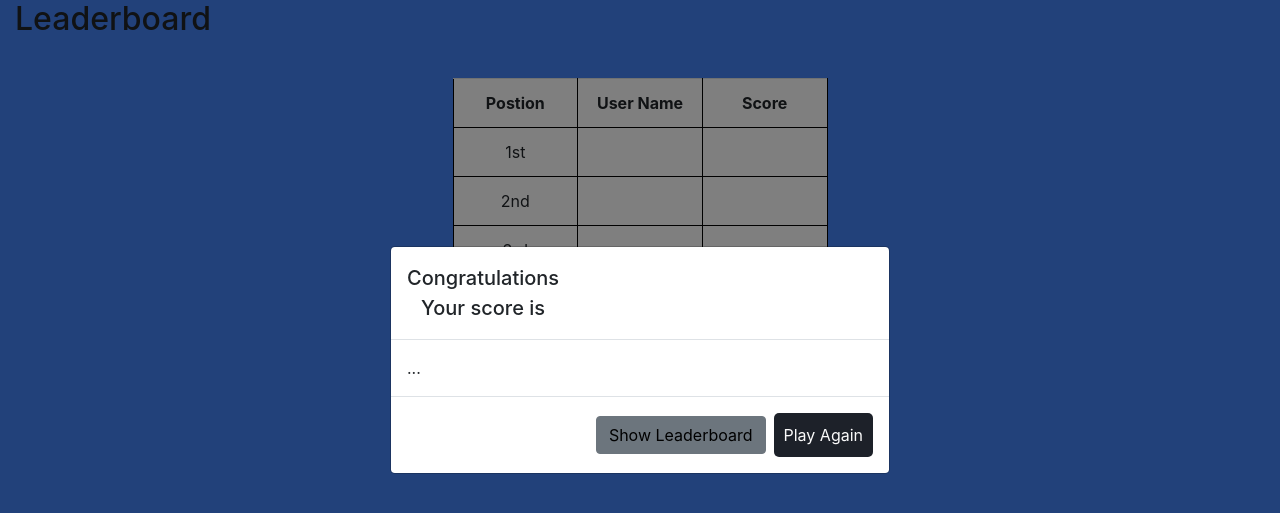
Repository: Code-Institute-Submissions/quiz-1
Page: leaderboard.html
The author's editor kept a record of every edit. The page is drawn from the files as they stood at one moment, then again after the next edit.
The browser window is 1280 px wide. The pictures show the window.
A layer covers the whole window, so only the first screen is drawn.

Above is the page before.

### leaderboard.html
<!DOCTYPE html>
<html lang="en">

<head>
    <meta charset="UTF-8">
    <meta name="viewport" content="width=device-width, initial-scale=1.0">
    <meta http-equiv="X-UA-Compatible" content="ie=edge">
    <link rel="stylesheet" href="https://stackpath.bootstrapcdn.com/bootstrap/4.4.1/css/bootstrap.min.css" type="text/css" />
    <link rel="stylesheet" href="https://stackpath.bootstrapcdn.com/font-awesome/4.7.0/css/font-awesome.min.css" type="text/css" />
    <link href="https://fonts.googleapis.com/css2?family=Montserrat&display=swap" rel="stylesheet">
    <link rel="stylesheet" href="assets/css/style.css" type="text/css" />
    <script src="https://cdnjs.cloudflare.com/ajax/libs/jquery/3.5.0/jquery.min.js" integrity="sha256-xNzN2a4ltkB44Mc/Jz3pT4iU1cmeR0FkXs4pru/JxaQ=" crossorigin="anonymous"></script>
    <script type="text/javascript" src="assets/js/modal-score.js"></script>
    <title>Quiz</title>
</head>

<body>
    <div class="container-fluid home">
        <div class="modal fade" id="exampleModalCenter" tabindex="-1" role="dialog" aria-labelledby="exampleModalCenterTitle" aria-hidden="true">
            <div class="modal-dialog modal-dialog-centered" role="document">
                <div class="modal-content">
                    <div class="modal-header">
                        <h5 class="modal-title" id="exampleModalLongTitle">Congratulations<br>Your score is</h5>
                    </div>
                    <div class="modal-body">
                        ...
                    </div>
                    <div class="modal-footer">
                        <button type="button" class="btn btn-secondary" data-dismiss="modal">Show Leaderboard</button>
                        <a href="load.html" class="load-button">Play Again</a>
                    </div>
                </div>
            </div>
        </div>
        <div class="table">
            <caption><h2 class="leaderboard-title">Leaderboard</h2></caption>
            <table>
                <tr>
                    <th>Postion</th>
                    <th>User Name</th>
                    <th>Score</th>
                </tr>
                <tr>
                    <td>1st</td>
                    <td></td>
                    <td></td>
                </tr>
                <tr>
                    <td>2nd</td>
                    <td></td>
                    <td></td>
                </tr>
                <tr>
                    <td>3rd</td>
                    <td></td>
                    <td></td>
                </tr>
                <tr>
                    <td>4th</td>
                    <td></td>
                    <td></td>
                </tr>
                <tr>
                    <td>5th</td>
                    <td></td>
                    <td></td>
                </tr>
            </table>
        </div>
        <div class="score-message">

        </div>
    </div>
    <footer class="container-fluid">
        <div id="footer-details" class="row">
            <div class="col-sm">
                <h4 class="uppercase footer-info">Social Links</h4>
                <ul class="list-inline social-links">
                    <li class="list-inline-item">
                        <a target="_blank" href="#">
                            <i class="fa fa-facebook fa-3x" aria-hidden="true"></i>
                            <span class="sr-only">Facebook</span>
                        </a>
                    </li>
                    <li class="list-inline-item">
                        <a target="_blank" href="#">
                            <i class="fa fa-twitter fa-3x" aria-hidden="true"></i>
                            <span class="sr-only">Twitter</span>
                        </a>
                    </li>
                    <li class="list-inline-item">
                        <a target="_blank" href="#">
                            <i class="fa fa-linkedin fa-3x" aria-hidden="true"></i>
                            <span class="sr-only">LinkedIn</span>
                        </a>
                    </li>
                    <li class="list-inline-item">
                        <a target="_blank" href="#">
                            <i class="fa fa-pinterest fa-3x" aria-hidden="true"></i>
                            <span class="sr-only">pinterest</span>
                        </a>
                    </li>
                    <li class="list-inline-item">
                        <a target="_blank" href="#">
                            <i class="fa fa-instagram fa-3x" aria-hidden="true"></i>
                            <span class="sr-only">Instagram</span>
                        </a>
                    </li>
                    <li class="list-inline-item">
                        <a target="_blank" href="#">
                            <i class="fa fa-youtube fa-3x" aria-hidden="true"></i>
                            <span class="sr-only">Youtube</span>
                        </a>
                    </li>
                </ul>
                <div class="copyright">
                    <p>Copyright &#169; Quiz<br>Website by Joseph Kelly</p>
                </div>
            </div>
        </div>
    </footer>
    <script src="https://code.jquery.com/jquery-3.3.1.slim.min.js" integrity="sha384-q8i/X+965DzO0rT7abK41JStQIAqVgRVzpbzo5smXKp4YfRvH+8abtTE1Pi6jizo" crossorigin="anonymous"></script>
    <script src="https://cdnjs.cloudflare.com/ajax/libs/popper.js/1.14.7/umd/popper.min.js" integrity="sha384-UO2eT0CpHqdSJQ6hJty5KVphtPhzWj9WO1clHTMGa3JDZwrnQq4sF86dIHNDz0W1" crossorigin="anonymous"></script>
    <script src="https://stackpath.bootstrapcdn.com/bootstrap/4.3.1/js/bootstrap.min.js" integrity="sha384-JjSmVgyd0p3pXB1rRibZUAYoIIy6OrQ6VrjIEaFf/nJGzIxFDsf4x0xIM+B07jRM" crossorigin="anonymous"></script>
</body>

</html>

### assets/css/style.css
/*--------------------------- home --------------- */

.home {
  background-color: #4582F4;
  height: 765px;
}

.info {
  font-family: 'Montserrat', sans-serif;
  text-align: center;
  padding-top: 40px;
  width: 50%;
  margin: auto;
}

.load {
  display: flex;
  justify-content: center;
  align-items: center;
  padding-top: 40px;
  padding-bottom: 40px;
}

.load-button {
  background-color: #1D2129;
  webkit-appearance: button;
  -moz-appearance: button;
  appearance: button;

  text-decoration: none;
  color: #fafafa;
  padding: 10px;
  border-radius: 5px;
}

/*--------------------------- animation --------------- */

.quiz-time {
  text-align: center;
  padding-top: 100px;
  width: 100vw;
  font-family: 'Montserrat', sans-serif;
  display: flex;
  justify-content: center;
  align-items: center;
  margin: -20px;
}

h1 span {
  position: relative;
  top: 20px;
  display: inline-block;
  -webkit-animation: bounce 0.3s ease infinite alternate;
  font-size: 100px;
  color: #fff;
  text-shadow: 0 1px 0 #ccc, 0 2px 0 #ccc, 0 3px 0 #ccc, 0 4px 0 #ccc,
  0 5px 0 #ccc, 0 6px 0 transparent, 0 7px 0 transparent, 0 8px 0 transparent,
  0 9px 0 transparent, 0 10px 10px rgba(0, 0, 0, 0.4);
}

h1 span:nth-child(2) {
  -webkit-animation-delay: 0.1s;
}

h1 span:nth-child(3) {
  -webkit-animation-delay: 0.2s;
}

h1 span:nth-child(4) {
  -webkit-animation-delay: 0.3s;
}

h1 span:nth-child(5) {
  -webkit-animation-delay: 0.4s;
}

h1 span:nth-child(6) {
  -webkit-animation-delay: 0.5s;
}

h1 span:nth-child(7) {
  -webkit-animation-delay: 0.6s;
}

h1 span:nth-child(8) {
  -webkit-animation-delay: 0.2s;
}

h1 span:nth-child(9) {
  -webkit-animation-delay: 0.3s;
}

h1 span:nth-child(10) {
  -webkit-animation-delay: 0.4s;
}

h1 span:nth-child(11) {
  -webkit-animation-delay: 0.5s;
}

h1 span:nth-child(12) {
  -webkit-animation-delay: 0.6s;
}

h1 span:nth-child(13) {
  -webkit-animation-delay: 0.7s;
}

h1 span:nth-child(14) {
  -webkit-animation-delay: 0.8s;
}

/* ANIMATION */

@-webkit-keyframes bounce {
  100% {
    top: -20px;
    text-shadow: 0 1px 0 #ccc, 0 2px 0 #ccc, 0 3px 0 #ccc, 0 4px 0 #ccc,
    0 5px 0 #ccc, 0 6px 0 #ccc, 0 7px 0 #ccc, 0 8px 0 #ccc, 0 9px 0 #ccc,
    0 50px 25px rgba(0, 0, 0, 0.2);
  }
}

/*--------------------------- footer --------------- */

footer {
  color: #fafafa;
  padding-top: 25px;
  background-color: #B2B5B9;
  display: inline-block;
}

.footer-info {
  font-weight: bold;
  text-align: center;
  color: #000000;
}

.list-inline-item {
  margin-left: 10px;
  margin-right: 10px;
}

.uppercase {
  text-transform: uppercase;
}

.social-links {
  text-align: center;
  color: #000000;
}

.copyright {
  text-align: center;
  color: #000000;
}

/*--------------------------- Quiz Loading --------------- */

.select-amount {
  width: 30%;
  margin-top: 200px;
  margin-bottom: 20px;
  margin-right: 35%;
  margin-left: 35%;
}

.select-category {
  width: 30%;
  margin-top: 20px;
  margin-bottom: 20px;
  margin-right: 35%;
  margin-left: 35%;
}

.select-difficulty {
  width: 30%;
  margin-top: 20px;
  margin-bottom: 20px;
  margin-right: 35%;
  margin-left: 35%;
}

.select-type {
  width: 30%;
  margin-top: 20px;
  margin-bottom: 40px;
  margin-right: 35%;
  margin-left: 35%;
}

/*--------------------------- timer --------------- */

.countdown {
  margin: 0 auto;
  max-width: 350px;
  background: #ff0000;
  font-family: Impact, Charcoal, sans-serif;
  text-align: center;
}

.countdown .header {
  color: #c61d1d;
  text-align: center;
  font-weight: normal;
  margin: 5px 0 10px 0;
}

.countdown .square {
  display: inline-block;
  padding: 10px;
  margin: 5px;
}

.countdown .digits {
  font-size: 24px;
  background: #fff;
  color: #000;
  padding: 20px 10px;
  border-radius: 5px;
}

.countdown .text {
  margin-top: 10px;
  color: #ddd;
}

/*--------------------------- quiz page --------------- */

.btn {
  color: #000000;
}

.mute-button {
  margin-top: 20px;
  float: right;
}

.countdown-quiz {
  margin: 0 auto;
  max-width: 350px;
  background: #ff0000;
  font-family: Impact, Charcoal, sans-serif;
  text-align: center;
  clear: both;
}

.countdown-quiz .header {
  color: #c61d1d;
  text-align: center;
  font-weight: normal;
  margin: 5px 0 10px 0;
}

.countdown-quiz .square {
  display: inline-block;
  padding: 10px;
  margin: 5px;
}

.countdown-quiz .digits {
  font-size: 24px;
  background: #fff;
  color: #000;
  padding: 20px 10px;
  border-radius: 5px;
}

.countdown-quiz .text {
  margin-top: 10px;
  color: #ddd;
}

/*--------------------------- Leaderboard page --------------- */

.modal-title {
  text-align: center;
}

table {
  margin-top: 40px;
  margin-left: auto;
  margin-right: auto;
}

table,
th,
td {
  border: solid 1px black;
  background-color: white;
  text-align: center;
  width: 30%;
}

### assets/js/modal-score.js
 $(window).on('load',function(){
        $('#exampleModalCenter').modal('show');
    });

    // displays modal on page load

After the next edit:
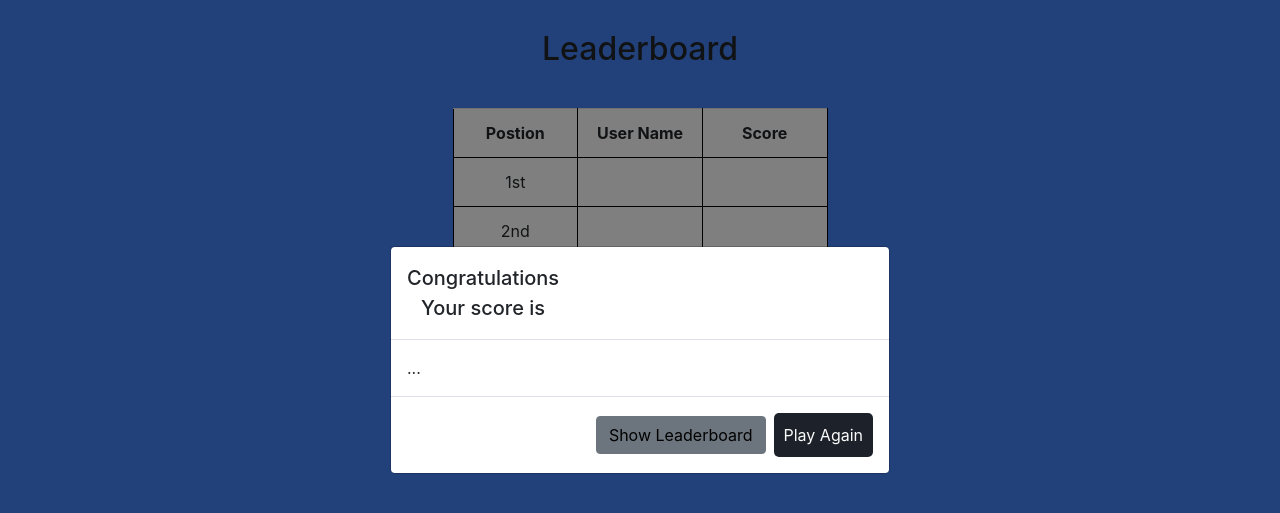
The edit:
--- a/assets/css/style.css
+++ b/assets/css/style.css
@@ -273,6 +273,14 @@
 
 /*--------------------------- Leaderboard page --------------- */
 
+.leaderboard-title {
+  text-align: center;
+  width: 30%;
+  margin-left: auto;
+  margin-right: auto;
+  padding-top: 30px;
+}
+
 .modal-title {
   text-align: center;
 }
